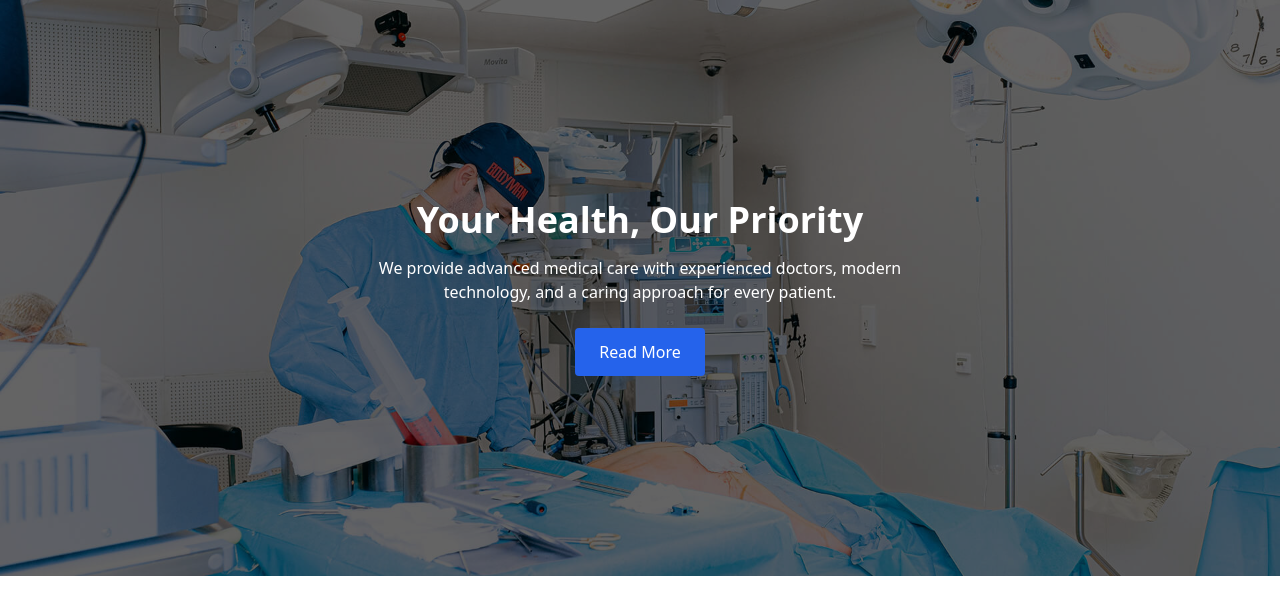
Repository: ahmedkhaleddev02-del/DoctorAppointment-MERN
Page: / (app in frontend/frontend/)
The author's editor kept a copy of each file at every save. The page is drawn from the files as they stood at one save, then again after the next save.
The browser window is 1280 px wide. The pictures show the whole page.
The project was rebuilt for these pictures with package versions that can differ from the ones it lists, and the page was loaded fresh each time.

Above is the page before, as saved 2025-07-27 17:49:52.

### frontend/frontend/src/index.css
@tailwind base;
@tailwind components;
@tailwind utilities;


@import "slick-carousel/slick/slick.css";
@import "slick-carousel/slick/slick-theme.css";

### frontend/frontend/src/App.js
import Home from "./pages/Home";
function App() {
  return (
    <>

    <Home/>
    </>
  );
}

export default App;

### frontend/frontend/src/pages/Home.jsx
import React from 'react'

import HeroSlider from '../components/HeroSlider'
function Home() {
  return (
    <div>
        <HeroSlider/>

    </div>
  )
}

export default Home

### frontend/frontend/src/components/HeroSlider.jsx
import React from 'react'
import Slider from "react-slick";
import carousel_1 from "../img/hero-carousel/hero-carousel-1.jpg"

import carousel_2 from "../img/hero-carousel/hero-carousel-2.jpg"


import carousel_3 from "../img/hero-carousel/hero-carousel-3.jpg"

function HeroSlider() {

const settings = {
    dots: true,
    infinite: true,
    autoplay: true,
    autoplaySpeed: 5000,
    fade: true,
    arrows: false
  };


  const slides = [
  {
    image: carousel_1,
    title: "Your Health, Our Priority",
    text: "We provide advanced medical care with experienced doctors, modern technology, and a caring approach for every patient.",
  },
  {
    image: carousel_2,
    title: "Specialized Medical Services",
    text: "From cardiology to pediatrics, our expert teams are ready to help you and your family stay healthy and safe.",
  },
  {
    image: carousel_3,
    title: "Easy Online Appointments",
    text: "Book your appointment quickly and conveniently with top doctors at your preferred time.",
  }
];



  return (
    <section className='relative w-full h-[80vh] overflow-hidden' >
        <Slider {...settings}>
                {slides.map((slide,index)=>(
                    <div  key={index} className="relative w-full h-[80vh]">

                <img  src={slide.image}   className="w-full h-full object-cover"/>

            <div className="absolute inset-0 bg-black bg-opacity-60 flex flex-col justify-center items-center text-center text-white px-4">

                    <h2 className='text-4xl font-bold mb-4'>{slide.title}</h2>

             <p className="max-w-xl">{slide.text}</p>

             <a className="mt-6 inline-block bg-blue-600 px-6 py-3 rounded hover:bg-blue-700">
              Read More

             </a>

                </div>

                    </div>
                ))}


        </Slider>
    </section >
  )
}

export default HeroSlider

Loaded but not shown: frontend/frontend/public/index.html (common file); frontend/frontend/src/index.js (common file); frontend/frontend/tailwind.config.js (common file)

After the next save:
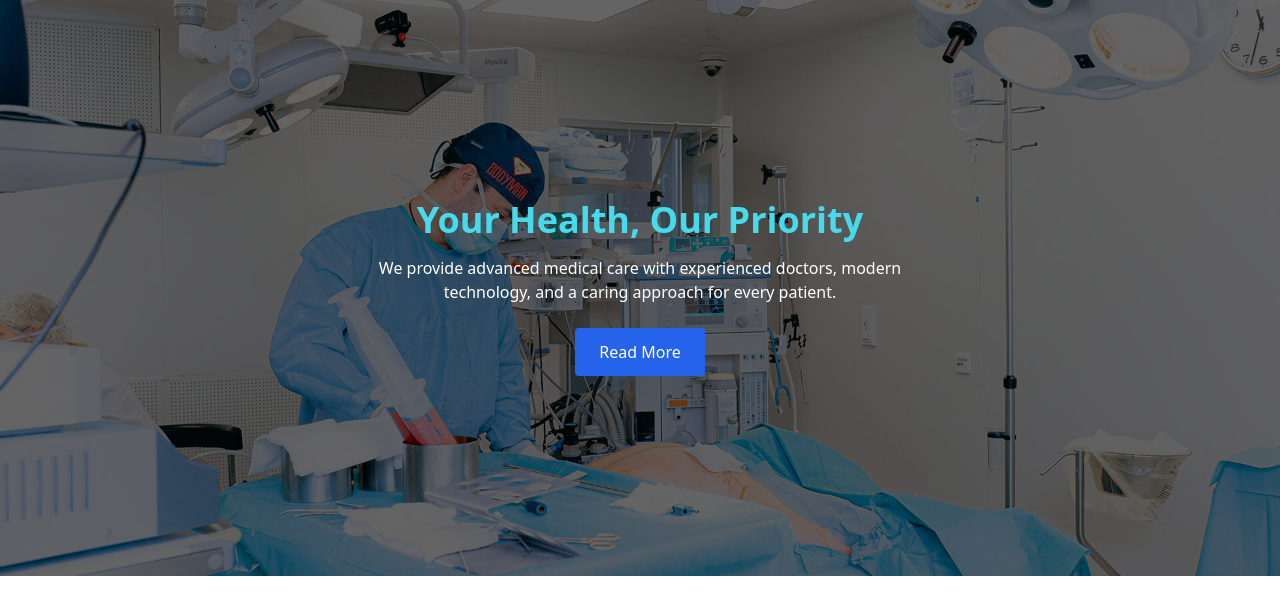
Saved 34 s later.
--- a/frontend/frontend/src/components/HeroSlider.jsx
+++ b/frontend/frontend/src/components/HeroSlider.jsx
@@ -49,7 +49,7 @@
 
             <div className="absolute inset-0 bg-black bg-opacity-60 flex flex-col justify-center items-center text-center text-white px-4">
 
-                    <h2 className='text-4xl font-bold mb-4'>{slide.title}</h2>
+                    <h2 className='text-4xl text-[#46daea] font-bold mb-4'>{slide.title}</h2>
 
              <p className="max-w-xl">{slide.text}</p>
 
